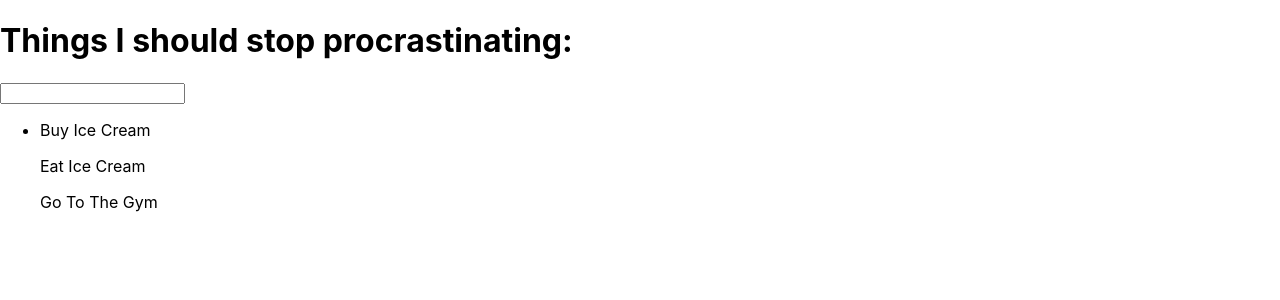
Repository: cerebrium/todolist
Page: /
These files come from the project's save history. The page is drawn as it stood at one moment and after the next save; the edit follows.
The browser window is 1280 px wide. The pictures show the whole page.
The project was rebuilt for these pictures with package versions that can differ from the ones it lists, and the page was loaded fresh each time. Also part of the build but not shown: src/App.css.

Above is the page before, as saved 2019-11-25 15:13:39.

### src/index.js
import React from 'react';
import ReactDOM from 'react-dom';
import './index.css';
import App from './App';
import * as serviceWorker from './serviceWorker';

let myData = [
    'Buy Ice Cream',
    'Eat Ice Cream',
    'Go To The Gym',
]

ReactDOM.render(<App theList = {myData}/>, document.getElementById('root'));

serviceWorker.unregister();

### src/App.jsx
import React from 'react';
import './App.css';
import './ListItem';
import ListItem from './ListItem';

class App extends React.Component {

    clearList = (e) => {
      this.setState({
        toDoItemArray: []
      })
    }

  render () {
    let toDoList = this.props.theList.map(ele => (
      <ListItem todoList={ele}/>
    ))
    return (
      <div>
        <h1> Things I should stop procrastinating:</h1>
        <form action="">
          <input type="text" name='add_item'/>
        </form>
          <ul>
            <li>{toDoList}</li>
          </ul>
      </div>
      )
    }
  }


export default App;

### src/ListItem.jsx
import React from 'react';

class ListItem extends React.Component {
    render () {
        return(
        <p>
            <div>{this.props.todoList}</div>
        </p>
        )
    }
}

export default ListItem;

Loaded but not shown: public/index.html (common file); src/index.css (common file); src/serviceWorker.js (common file)

After the next save:
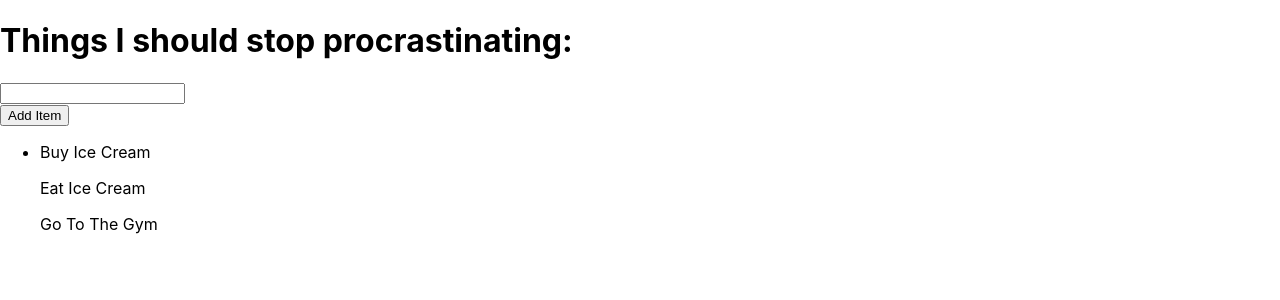
Saved 18 s later.
--- a/src/App.jsx
+++ b/src/App.jsx
@@ -19,7 +19,8 @@ class App extends React.Component {
       <div>
         <h1> Things I should stop procrastinating:</h1>
         <form action="">
-          <input type="text" name='add_item'/>
+          <input type="text" name='add_item'/><br />
+          <input type="submit" value="Add Item"/>
         </form>
           <ul>
             <li>{toDoList}</li>
